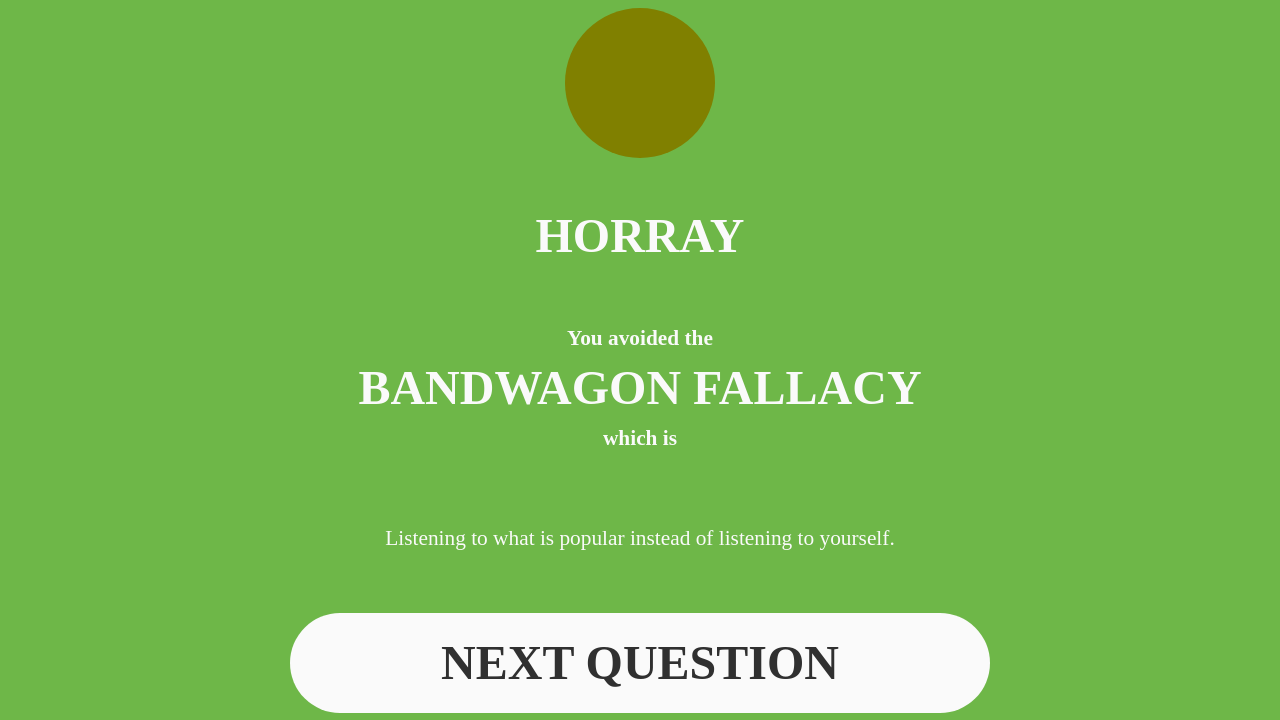
Repository: cindyvunguyen/fallacy
Page: index.html
An editor plug-in stored every save of this project. The page is shown before and after the next save, followed by the edit.
The browser window is 1280 px wide. The pictures show the whole page.
Some web fonts or font styles are not loaded; a fallback is used.

Above is the page before, as saved 2020-03-12 16:26:43.

### index.html
<!DOCTYPE html>
<html lang="en">
<head>
    <meta charset="UTF-8">
    <meta name="viewport" content="width=device-width, initial-scale=1.0">
    <title>FALLACIES</title>
    <link href="style.css" rel="stylesheet" type="text/css">
</head>
<body>
    <div id="app">

        <!-- CINDY START -->

        <div id="home-page"></div>

        <div id="lets-start-page"></div>

        <div id="question-page"></div>

        <!-- CINDY END -->

        <!-- SOPHIA START -->

        <div id="correct-page">
            <div id="correct-icon"></div>
            <div id="cp-text1">HORRAY</div>
            <div id="cp-a-outcome">
                <div id="cp-text2">You avoided the</div>
                <div id="cp-fallacy">BANDWAGON FALLACY</div>
                <div id="cp-text2">which is</div>
            </div>
            <div id="cp-definition">Listening to what is popular instead of listening to yourself.</div>
            <button class="white-button">NEXT QUESTION</button>
        </div>

        <div id="incorrect-page"></div>

        <!-- the two above pages technically have the same HTML. so you can only have 1 div and change the CSS through JS. it's entirely up to you. -->

        <div id="results-page"></div>

        <div id="game-over-page"></div>

        <!-- the two above pages technically have the same HTML, so you can only have 1 div and change the CSS through JS. it's entirely up to you. -->

        <!-- SOPHIA END -->

        <!-- CHLOE START -->

        <div id="review-page"></div>

        <div id="review2-page"></div>

        <div id="fallacy-review-page"></div>

        <div id="three-fallacies-page"></div>
        <!-- change the page's content with JS to show all three fallacies when clicked -->

        <!-- CHLOE END -->
        <script src="js.js"></script>
    </div>
</body>
</html>

### style.css
body {
    margin: 0;
}

#app {
    width: 100vw;
    height: 100vh;
    font-family: Visby;
    background-color: #468091;
    color: #FAFAFA;
}

@font-face {
    font-family: Visby;
    src: url(fonts/VisbyRoundCF-Regular.otf) format("woff");
}

@font-face {
    font-family: Visby;
    src: url(fonts/VisbyRoundCF-ExtraBold.otf) format("woff");
    font-weight: bold;
}

.pink-button {
    height: 100px;
    width: 700px;
    background-color: #ed2265;
    border: 0px;
    border-radius: 75px;
    font-family: Visby;
    font-weight: bold;
    font-size: 36pt;
    color: #FAFAFA;
    outline: 0;
}

.pink-button:active {
    background-color: #9c1542;
}

.white-button {
    height: 100px;
    width: 700px;
    background-color: #FAFAFA;
    border: 0px;
    border-radius: 75px;
    font-family: Visby;
    font-weight: bold;
    font-size: 36pt;
    color: #303030;
    outline: 0;
}

.white-button:active {
    background-color: #9e9e9e;
}

.grey-button {
    height: 100px;
    width: 700px;
    background-color: #303030;
    border: 0px;
    border-radius: 75px;
    font-family: Visby;
    font-weight: bold;
    font-size: 36pt;
    color: #FAFAFA;
    outline: 0;
}

.grey-button:active {
    background-color: #000000;
}

/* CINDY START */

/* CINDY END */

/* SOPHIA START */
#correct-page {
    width: 100vw;
    height: 100vh;
    display: flex;
    /* display: none; */
    flex-direction: column;
    align-items: center;
    justify-content: center;
    background-color: #6eb748; /* incorrect, change to #860000*/
}

#correct-icon {
    background-color: olive;
    width: 150px;
    height: 150px;
    border-radius: 50%;
}

#cp-text1 {
    font-size: 36pt;
    font-weight: bold;
    padding: 50px 0;
}

#cp-text2 {
    font-size: 16pt;
    font-weight: bold;
}

#cp-fallacy {
    font-size: 36pt;
    font-weight: bold;
}

#cp-definition {
    font-size: 16pt;
    line-height: 150px;
}

#cp-a-outcome {
    line-height: 50px;
    display: flex;
    flex-direction: column;
    align-items: center;
    justify-content: center;
}

#incorrect-page {
    width: 100vw;
    height: 100vh;
    /* display: flex; */
    display: none;
    flex-direction: column;
    align-items: center;
    justify-content: center;
    background-color: #860000;
}

#incorrect-icon {
    background-color: olive;
    width: 150px;
    height: 150px;
    border-radius: 50%;
}

#ip-text1 {
    font-size: 36pt;
    font-weight: bold;
    padding: 50px 0;
}

#ip-text2 {
    font-size: 16pt;
    font-weight: bold;
}

#ip-fallacy {
    font-size: 36pt;
    font-weight: bold;
}

#ip-definition {
    font-size: 16pt;
    line-height: 150px;
}

#ip-a-outcome {
    line-height: 25px;
    display: flex;
    flex-direction: column;
    align-items: center;
    justify-content: center;
}

/* SOPHIA END */

/* CHLOE START */

/* CHLOE END */

Loaded but not shown: js.js (no copy from this time; the picture is the same without it)

After the next save:
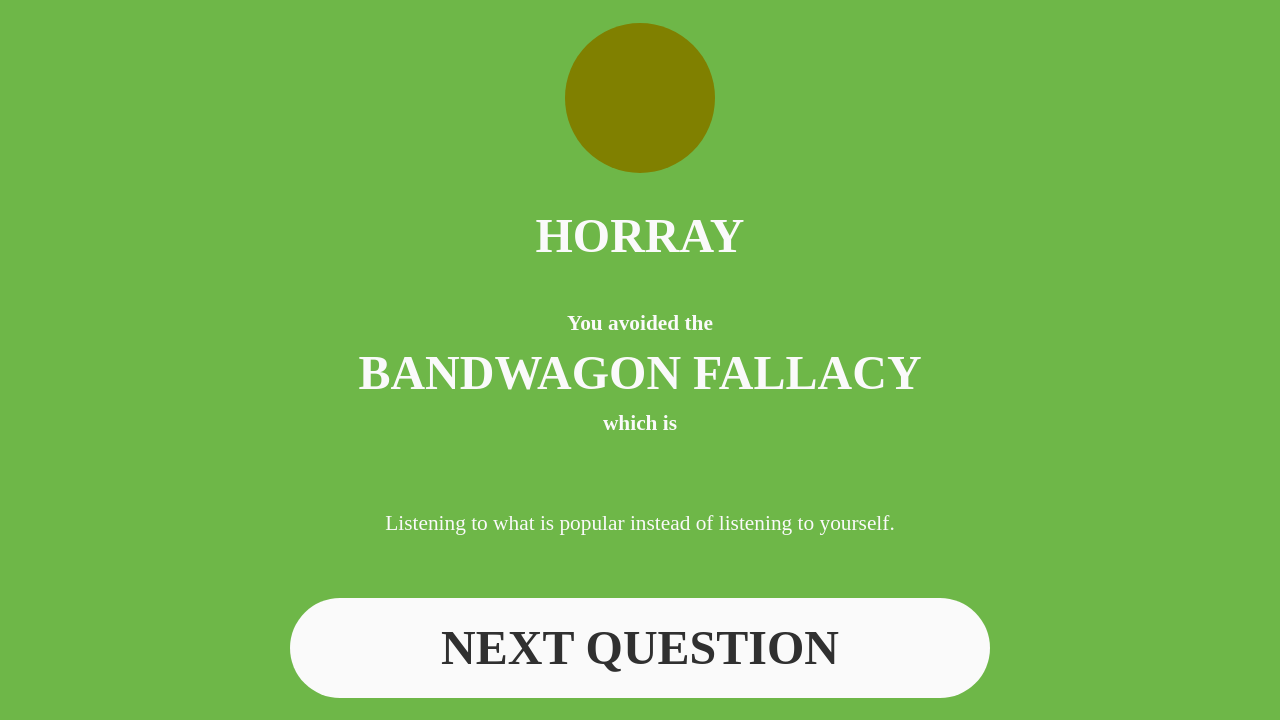
Saved 22 s later.
--- a/style.css
+++ b/style.css
@@ -98,7 +98,7 @@ body {
 #cp-text1 {
     font-size: 36pt;
     font-weight: bold;
-    padding: 50px 0;
+    padding: 35px 0;
 }
 
 #cp-text2 {
